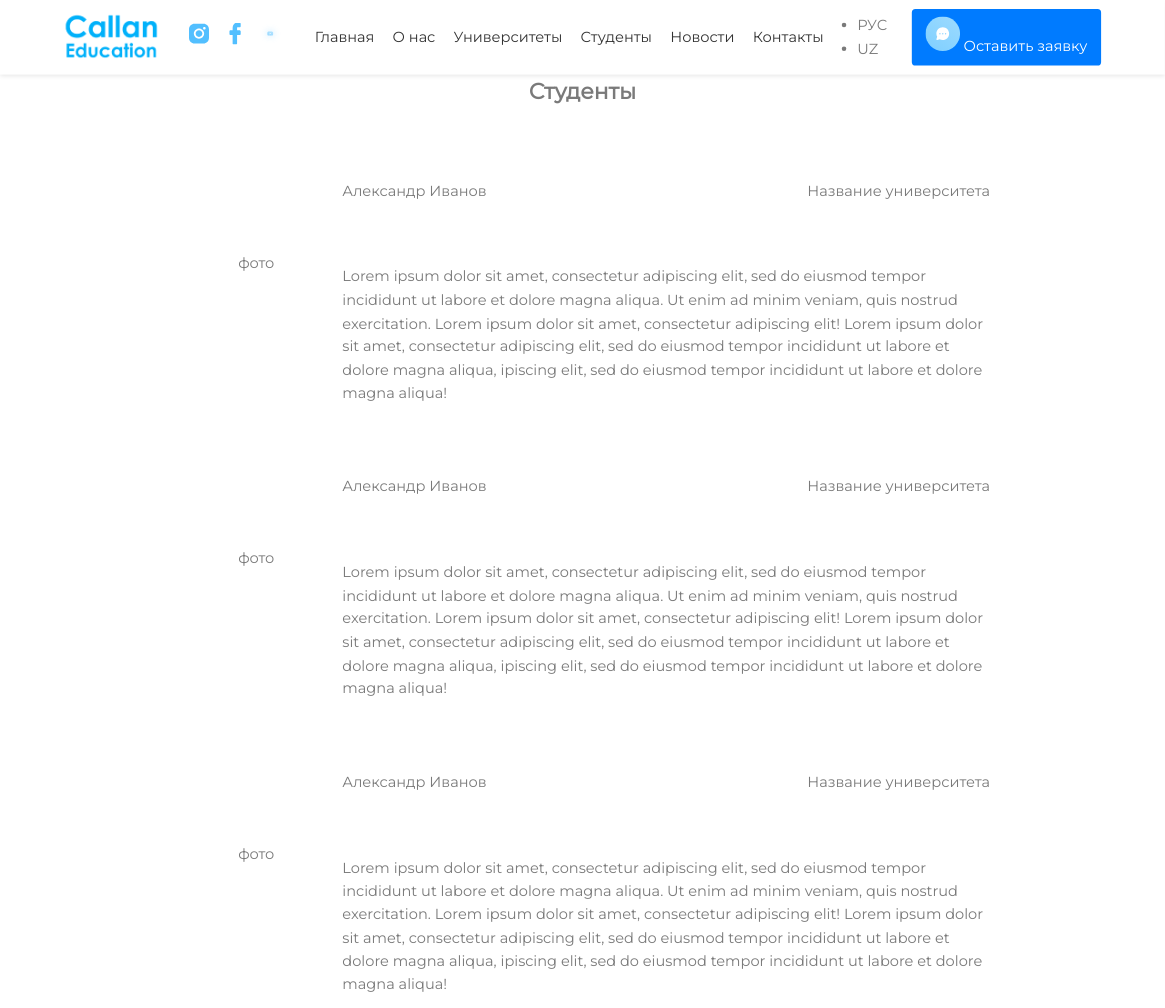
Repository: olyakorzh/Team-project-1
Page: assets/pages/students.html
An editor plug-in stored every save of this project. The page is shown before and after the next save, followed by the edit.
The browser window is 1280 px wide. The pictures show the whole page, at 91% of full size.

Above is the page before, as saved 2024-12-07 10:21:18.

After the next save:
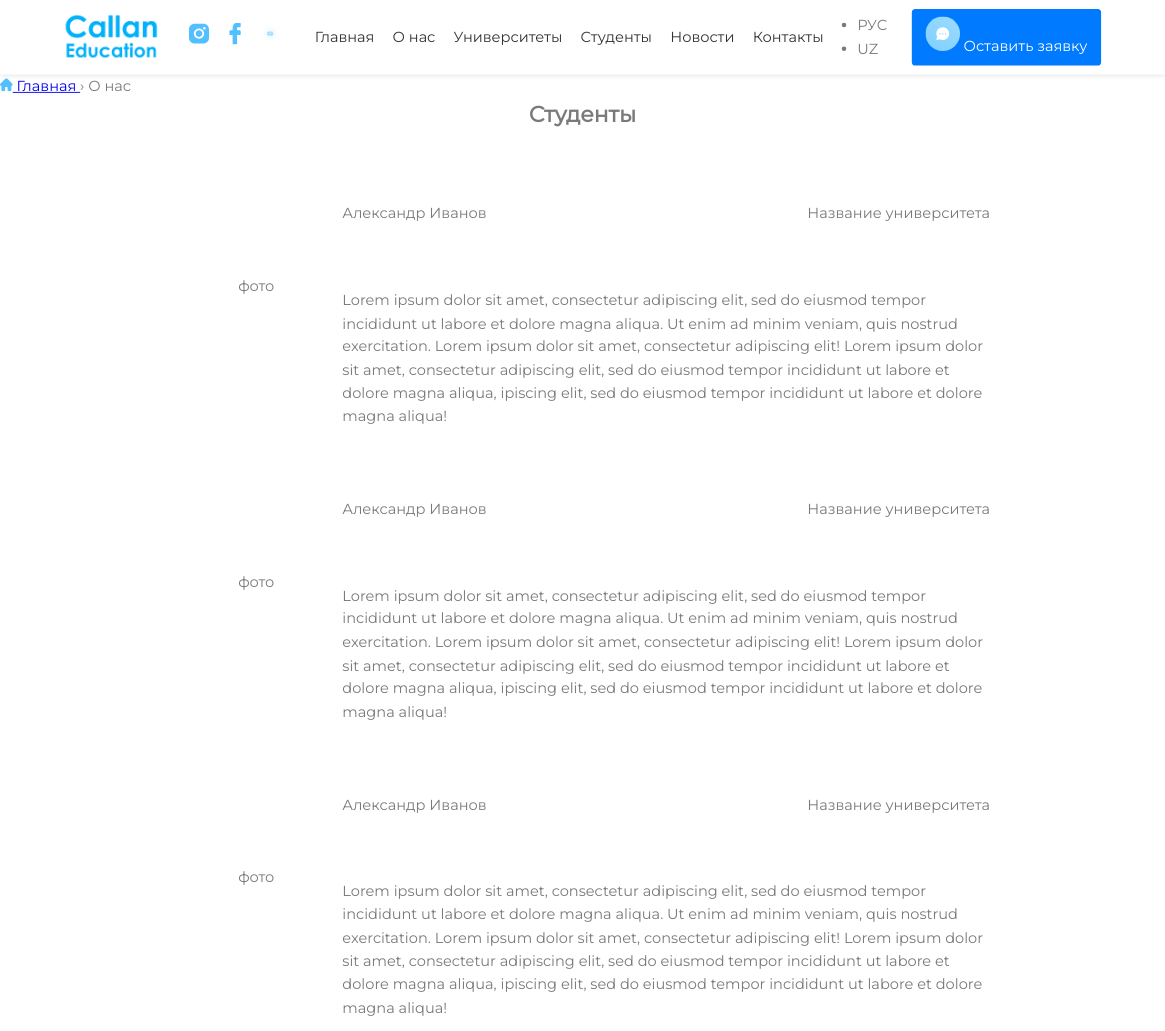
Saved 6 s later.
--- a/assets/pages/students.html
+++ b/assets/pages/students.html
@@ -88,7 +88,20 @@
     </div>
   </header>
       <main>
-
+        <section class="navigation-path">
+          <div class="navigation-path__container">
+            <a href="./main.html" class="navigation-path__link">
+              <img
+                src="../img/aboutus.img/bread_home.svg"
+                alt="Home"
+                class="navigation-path__icon"
+              />
+              Главная
+            </a>
+            <span class="navigation-path__separator">›</span>
+            <span class="navigation-path__current">О нас</span>
+          </div>
+        </section>
           <h2>Студенты</h2>
           <div class="basic">
           <div class="containerstudent">
